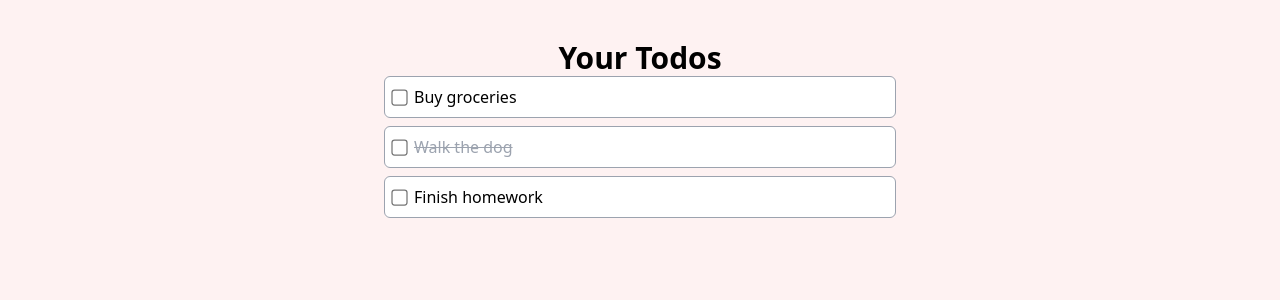
Repository: kocokoy/lodo-list-react-ts-tailwind
Page: /
An editor plug-in stored every save of this project. The page is shown before and after the next save, followed by the edit.
The browser window is 1280 px wide. The pictures show the whole page.
The project was rebuilt for these pictures with package versions that can differ from the ones it lists, and the page was loaded fresh each time. Also part of the build but not shown: vite.config.ts.

Above is the page before, as saved 2025-07-29 15:14:32.

After the next save:
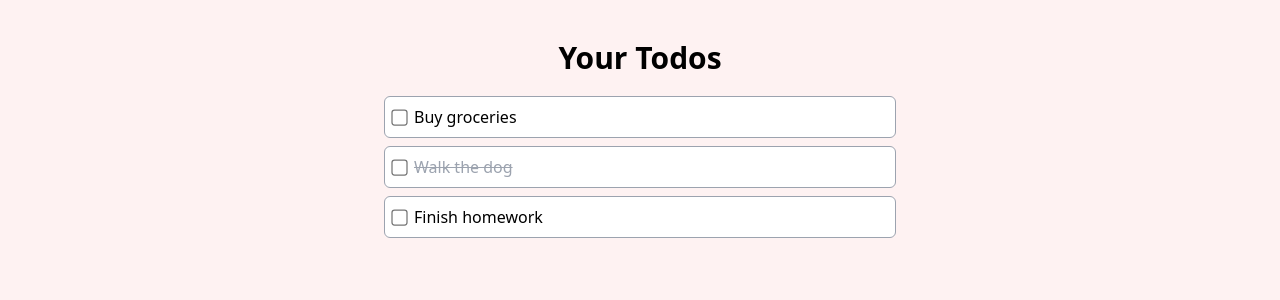
Saved 3 min 46 s later.
--- a/src/App.tsx
+++ b/src/App.tsx
@@ -3,7 +3,7 @@ import { dummyData } from "./data/todos";
 
 function App() {
   return (
-   <main className="py-10 bg-red-50 h-screen">
+   <main className="py-10 bg-red-50 h-screen space-y-5">
      <h1 className="font-bold text-3xl text-center">
       Your Todos
      </h1>
